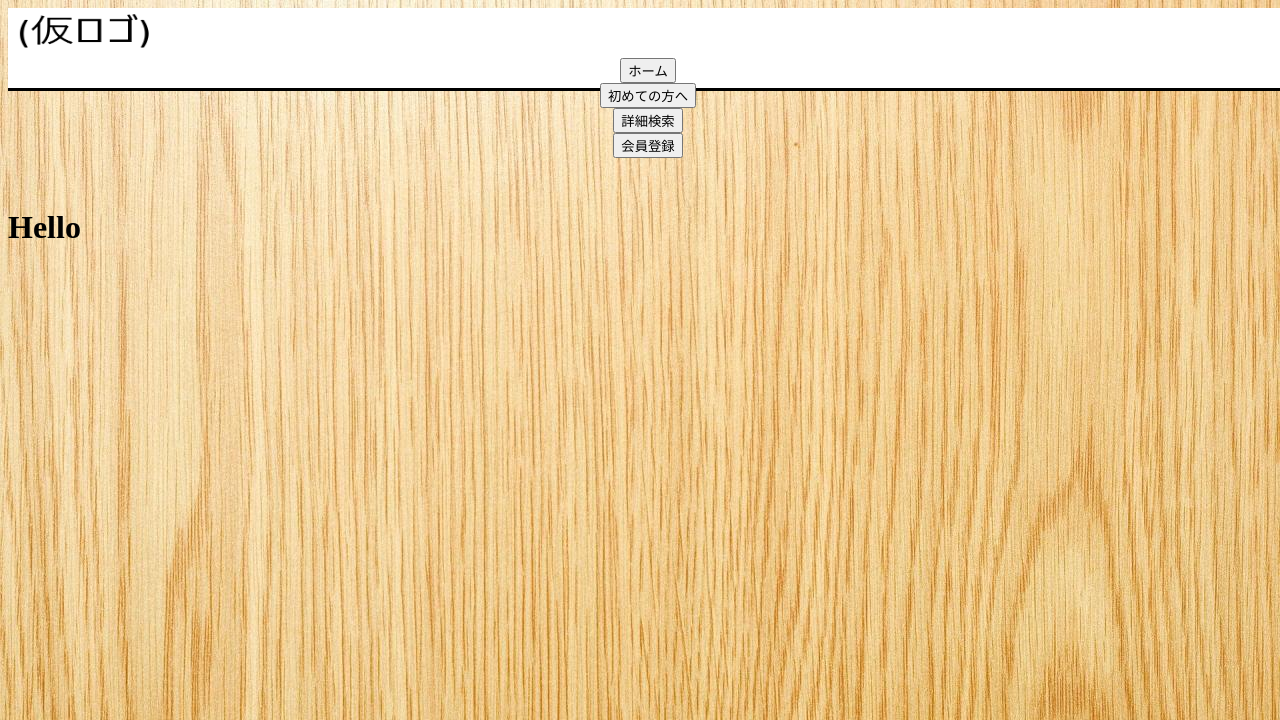
Repository: k0816/backup-master
Page: http://localhost/cycle/includeHeader.jsp
The author's editor kept a copy of each file at every save. The page is drawn from the files as they stood at one save, then again after a run of saves.
The browser window is 1280 px wide. The pictures show the whole page.
The page is served by Tomcat 9. Other server files are loaded and not shown.

Above is the page before, as saved 2018-01-09 04:08:38.

### cycle/WebContent/includeHeader.jsp
<%@ page language="java" contentType="text/html; charset=UTF-8"
	pageEncoding="UTF-8"%>
<%@ taglib prefix="s" uri="/struts-tags"%>
<!DOCTYPE html PUBLIC "-//W3C//DTD HTML 4.01 Transitional//EN" "http://www.w3.org/TR/html4/loose.dtd">
<html>
<head>
<meta http-equiv="Content-Type" content="text/html; charset=UTF-8">
<title>ヘッダー記述</title>

<style type="text/css">
#header {
	width: 100%;
	height: 80px;
	background-color: white;
	border-bottom: 3px solid black;
	position: fixed;
}

.botan {
	text-align: center;
}

body {
	background: url("./image/wood.jpg");
}
</style>

</head>
<body>

	<div id="header">
		<img src="image\logotest.jpg" width="150" height="50">
		<div class="botan">

			<div id="home">
				<form action="GoHomeAction">
					<input type="submit" value="ホーム" />
				</form>
			</div>
			<div id="new">
				<form action="ToNewUser">
					<input type="submit" value="初めての方へ" />
				</form>
			</div>
			<div id="search">
				<form action="PartySearchAction">
					<input type="submit" value="詳細検索" />
				</form>
			</div>
			<div id="create">
				<form action="UserCreateAction">
					<input type="submit" value="会員登録" />
				</form>
			</div>



		</div>
	</div>
	<br>
	<br>
	<br>
	<br>
	<br>
	<br>
	<br>
	<br>
	<br>
	<br>
	<h1>Hello</h1>



</body>
</html>

After the next 2 saves:
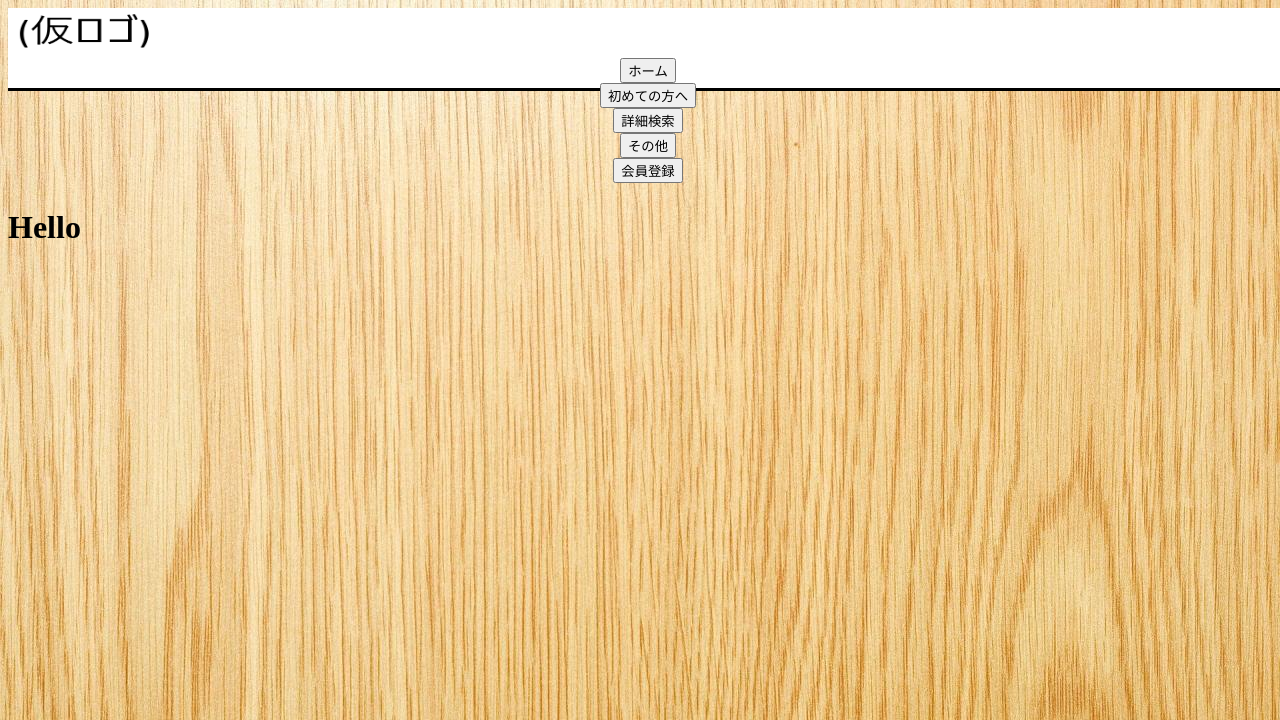
The 2 saves are shown as one change because they came seconds apart.
The last was saved 5 min 8 s later.
--- a/cycle/WebContent/includeHeader.jsp
+++ b/cycle/WebContent/includeHeader.jsp
@@ -47,6 +47,9 @@ body {
 					<input type="submit" value="詳細検索" />
 				</form>
 			</div>
+			<div id="other">
+			     <input type="submit" value="その他" />
+			</div>
 			<div id="create">
 				<form action="UserCreateAction">
 					<input type="submit" value="会員登録" />
